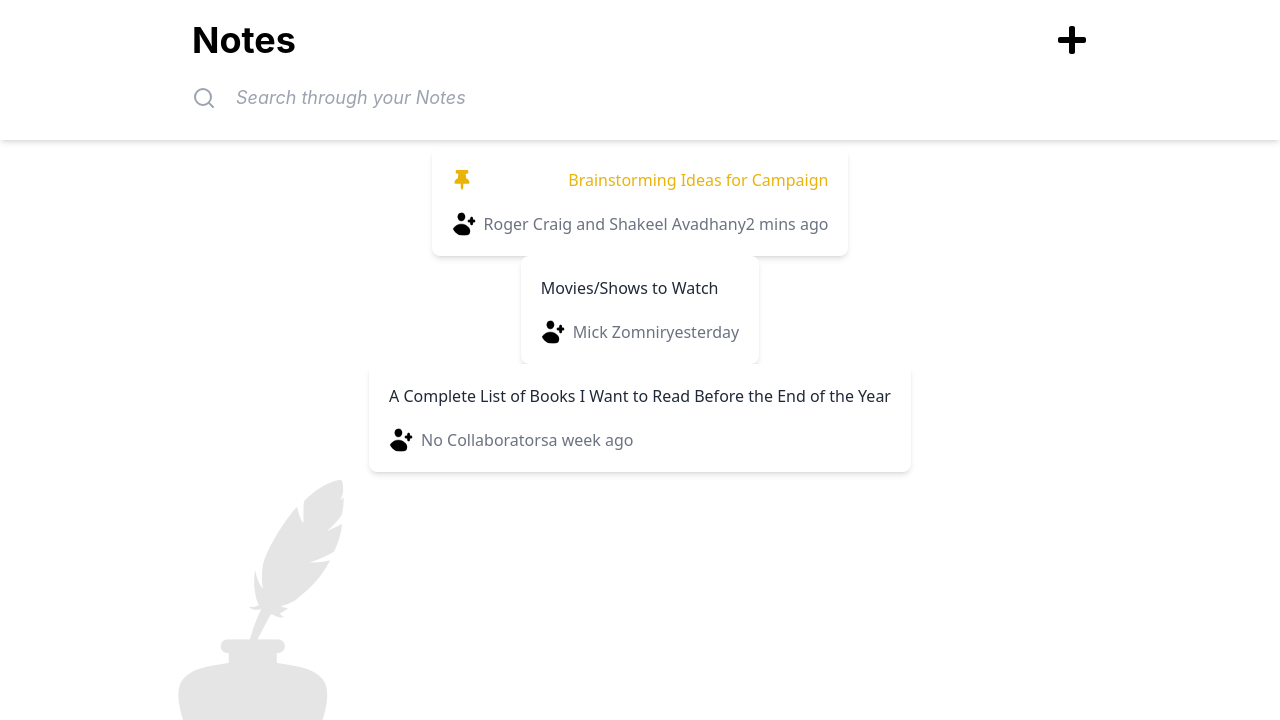
Repository: shabiasaeed/Notes-app
Page: /
An editor plug-in stored every save of this project. The page is shown before and after the next save, followed by the edit.
The browser window is 1280 px wide. The pictures show the whole page.
The project was rebuilt for these pictures with package versions that can differ from the ones it lists, and the page was loaded fresh each time. Also part of the build but not shown: src/components/Header.css, src/components/Note.css, src/App.css.

Above is the page before, as saved 2025-01-01 18:28:17.

### src/App.js
import React, { useState } from 'react';
import Header from './components/Header';
import Note from './components/Note';
import './App.css';
import backgroundInk from './assets/ink-background-element.png';

//Component to handle the rendering of the header and note compnents
function App() {
  // Displaying few static notes
  const [notes, notesList] = useState([
    {
      title: "Brainstorming Ideas for Campaign",
      author: "Roger Craig and Shakeel Avadhany",
      time: "2 mins ago",
      pinned: true
    },
    {
      title: "Movies/Shows to Watch",
      author: "Mick Zomnir",
      time: "yesterday",
      pinned: false
    },
    {
      title: "A Complete List of Books I Want to Read Before the End of the Year",
      author: "No Collaborators",
      time: "a week ago",
      pinned: false
    }
  ]);

  function handleDelete(title){
    notesList(notes.filter( note => note.title !== title))
  }

  function handlePinToggle(title){
    notesList(prevNotes => prevNotes.map(note => note.title === title ? { ...note, pinned: !note.pinned } : note));
  };

  // Search state
  const [searchNotes, setSearchNotes] = useState('');

  // Filter notes based on search
  const filteredNotes = notes.filter(note => note.title.toLowerCase().includes(searchNotes.toLowerCase()));

  // Pinned notes to appear at the top
  const sortedNotes = filteredNotes.sort((a, b) => b.pinned - a.pinned);

  return (
    <div className="App">
      <Header setSearchNotes={setSearchNotes}/>
      <main className="p-2 relative flex flex-col items-center font-sans">
        <img src={backgroundInk} alt="Ink Element" className="fixed top-2/3 right-2/3 transform -translate-x-1/2 z-[-1] w-26"/>
        {sortedNotes.map((note, index) => (
          <Note key={index} title={note.title} author={note.author} time={note.time} pinned={note.pinned} onDelete={handleDelete} onPinToggle={handlePinToggle}/>
        ))}
      </main>
    </div>
  );
}

export default App;

### src/components/Header.js
import React from 'react';
import './Header.css';
import addButton from '../assets/add-button.png';
import { FiSearch } from 'react-icons/fi';
import { FaPlus } from 'react-icons/fa';


// Component to handle the display of the application's header section
const Header = ({ setSearchNotes }) => {
  return (
    <header className="p-5 bg-white flex flex-col items-center shadow-md">
      <div className="flex items-center justify-between w-full max-w-4xl">
        <h1 className="text-4xl font-bold text-black">Notes</h1>
        <FaPlus className="w-8 h-8 cursor-pointer"/>
      </div>
      <div className="flex items-center w-full max-w-4xl mt-4">
        <FiSearch className="w-6 h-6 text-gray-400 mr-3" />
        <input type="text" placeholder="Search through your Notes" className="flex-grow border-none outline-none p-2 text-lg italic placeholder-gray-400" onChange={(e) => setSearchNotes(e.target.value)}/>
      </div>
    </header>
  );
};

export default Header;

### src/components/Note.js
import React, { useState } from 'react';
import './Note.css';
import userIcon from '../assets/user-icon.png';
import { FiTrash } from 'react-icons/fi';
import { FaThumbtack } from 'react-icons/fa';
import { TbPinned } from 'react-icons/tb';

//Component to handle the display of the note's section
const Note = ({ title, author, time, pinned, onDelete, onPinToggle }) => {
  const [isHovered, setIsHovered] = useState(false); //State for checking whether the note is hovered


  return (
    <div className="p-5 rounded-lg bg-white shadow-md hover:shadow-lg flex flex-col gap-2 cursor-pointer" onMouseEnter={() => setIsHovered(true)} onMouseLeave={() => setIsHovered(false)}>
      <div className={`flex items-center justify-between ${pinned ? 'text-yellow-500' : 'text-gray-800'}`}>
      {pinned ? (<FaThumbtack className="w-5 h-5 cursor-pointer" onClick={() => onPinToggle(title)}/>) : (isHovered && (<TbPinned className="w-5 h-5 cursor-pointer" onClick={() => onPinToggle(title)}/>))}
        <h2>{title}</h2>
        {isHovered && (<FiTrash className="w-5 h-5 text-red-500 cursor-pointer" onClick={() => onDelete(title)}/>)}
      </div>
      <div className="flex items-center mt-3 text-gray-500">
        <img src={userIcon} alt="User" className="w-6 h-6 rounded-full mr-2"/>
        <p>{author}</p>
        <span>{time}</span>
      </div>
    </div>
  );
};

export default Note;

Loaded but not shown: public/index.html (common file); src/index.js (common file); src/index.css (common file); src/reportWebVitals.js (common file); tailwind.config.js (common file)

After the next save:
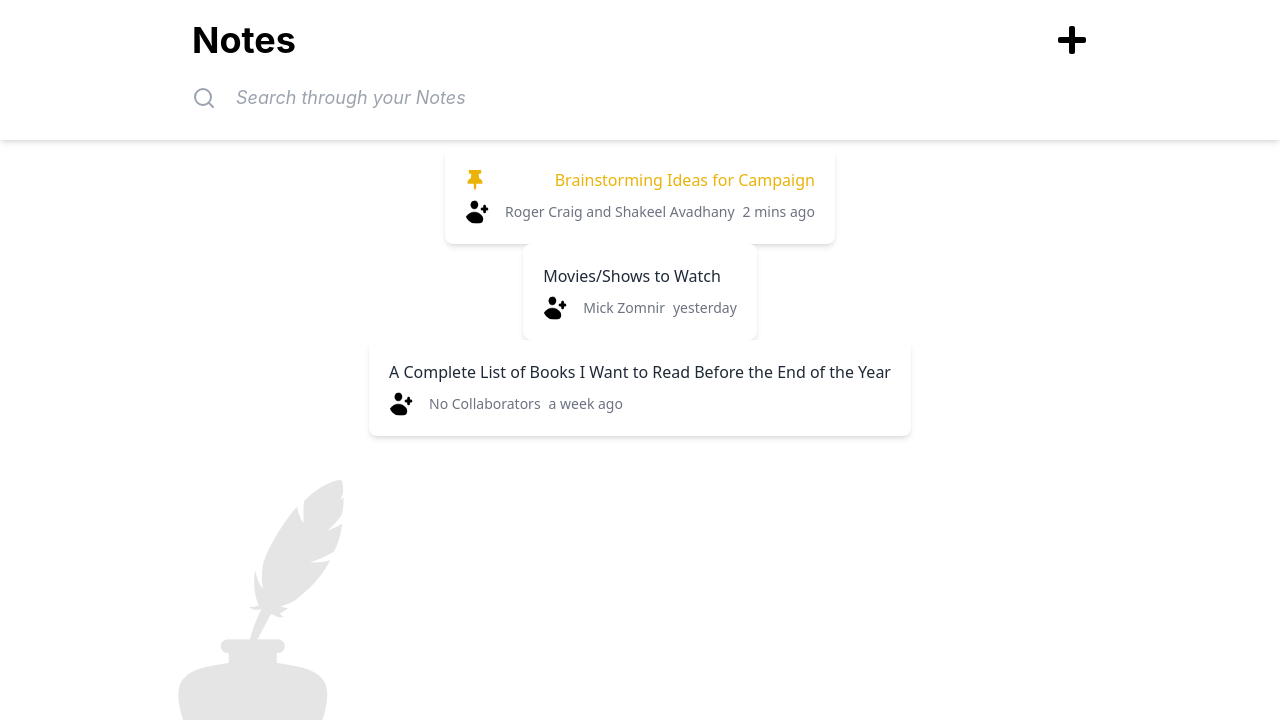
Saved 60 s later.
--- a/src/components/Note.js
+++ b/src/components/Note.js
@@ -12,12 +12,12 @@ const Note = ({ title, author, time, pinned, onDelete, onPinToggle }) => {
 
   return (
     <div className="p-5 rounded-lg bg-white shadow-md hover:shadow-lg flex flex-col gap-2 cursor-pointer" onMouseEnter={() => setIsHovered(true)} onMouseLeave={() => setIsHovered(false)}>
-      <div className={`flex items-center justify-between ${pinned ? 'text-yellow-500' : 'text-gray-800'}`}>
+      <div className={`flex justify-between items-center ${pinned ? 'text-yellow-500' : 'text-gray-800'}`}>
       {pinned ? (<FaThumbtack className="w-5 h-5 cursor-pointer" onClick={() => onPinToggle(title)}/>) : (isHovered && (<TbPinned className="w-5 h-5 cursor-pointer" onClick={() => onPinToggle(title)}/>))}
         <h2>{title}</h2>
         {isHovered && (<FiTrash className="w-5 h-5 text-red-500 cursor-pointer" onClick={() => onDelete(title)}/>)}
       </div>
-      <div className="flex items-center mt-3 text-gray-500">
+      <div className="flex items-center gap-2 text-sm text-gray-500">
         <img src={userIcon} alt="User" className="w-6 h-6 rounded-full mr-2"/>
         <p>{author}</p>
         <span>{time}</span>
